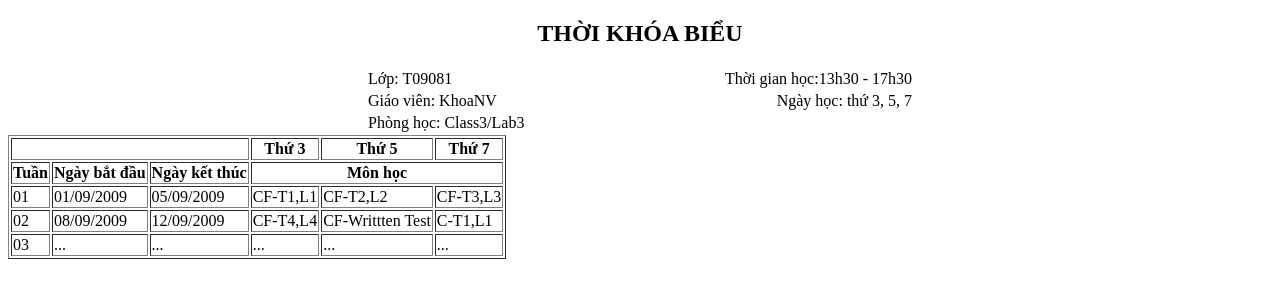
Repository: Lehuyhuynh/BT1-HTML
Page: index.html
An editor plug-in stored every save of this project. The page is shown before and after the next save, followed by the edit.
The browser window is 1280 px wide. The pictures show the whole page.

Above is the page before, as saved 2023-08-06 21:45:52.

After the next save:
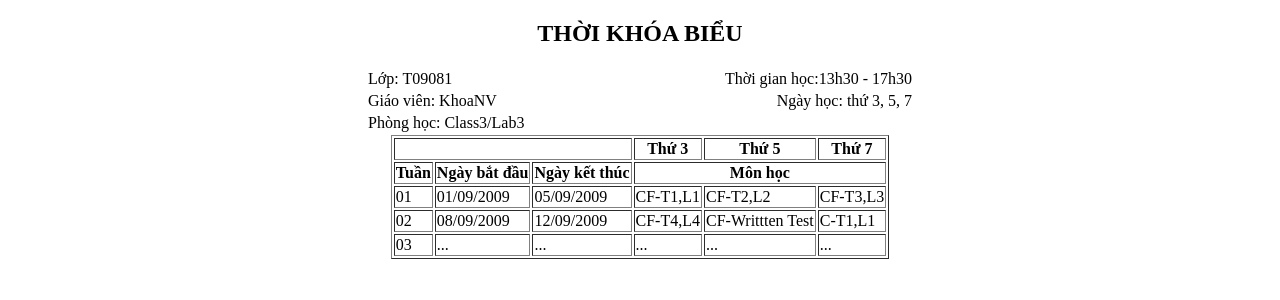
Saved 7 s later.
--- a/index.html
+++ b/index.html
@@ -16,7 +16,7 @@
     margin-right: auto;
     }
     #table2{
-      width: width: max-content;;
+       width: max-content;;
       margin-left: auto;
     margin-right: auto;
     }
